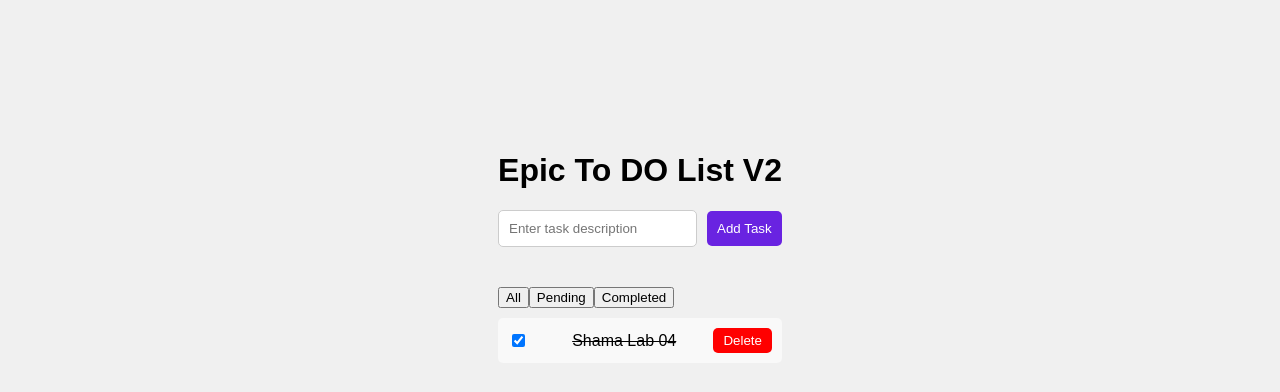
Repository: jgache/COMP-3170-0-Lab4
Page: /
The author's editor kept a copy of each file at every save. The page is drawn from the files as they stood at one save, then again after a run of saves.
The browser window is 1280 px wide. The pictures show the whole page.
The project was rebuilt for these pictures with package versions that can differ from the ones it lists, and the page was loaded fresh each time. Also part of the build but not shown: vite.config.js.

Above is the page before, as saved 2024-10-29 22:26:52.

### index.html
<!doctype html>
<html lang="en">
  <head>
    <meta charset="UTF-8" />
    <link rel="icon" type="image/svg+xml" href="/vite.svg" />
    <meta name="viewport" content="width=device-width, initial-scale=1.0" />
    <title>Epic To-Do List</title>
  </head>
  <body>
    <div id="root"></div>
    <script type="module" src="/src/main.jsx"></script>
  </body>
</html>

### src/App.jsx
import { useState } from "react";
import TaskForm from "./components/TaskForm";
import TaskList from "./components/TaskList";
import "./index.css";
function App() {
  const [tasks, setTasks] = useState([
    { id: 1, description: "Shama Lab 04", completed: true },
  ]);

  const [filter, setFilter] = useState('All'); // New filter state for task view


  const addTask = (task) => {
      setTasks([...tasks, task]);
  };

  const toggleComplete = (taskId) => {
      setTasks(tasks.map(task =>
          task.id === taskId ? { ...task, completed: !task.completed } : task
      ));
  };

  const deleteTask = (taskId) => {
      setTasks(tasks.filter(task => task.id !== taskId));
  };

  // Filter tasks based on the selected filter type
  const getFilteredTasks = () => {
      if (filter === 'Completed') return tasks.filter(task => task.completed);
      if (filter === 'Pending') return tasks.filter(task => !task.completed);
      return tasks; // All tasks
  };

  return (
      <div className="app">
          <h1>Epic To DO List V2</h1>
          <TaskForm addTask={addTask} />

          {/* Filter Buttons */}
          <div>
              <button onClick={() => setFilter('All')}>All</button>
              <button onClick={() => setFilter('Pending')}>Pending</button>
              <button onClick={() => setFilter('Completed')}>Completed</button>
          </div>

          {/* Pass filtered tasks to TaskList */}
          <TaskList
              tasks={getFilteredTasks()}
              toggleComplete={toggleComplete}
              deleteTask={deleteTask}
          />
      </div>
  );
}

export default App;

### src/index.css
body {
    margin: 0;
    height: 70vh;
    display: flex;
    justify-content: center;
    align-items: center;
    font-family: Arial, sans-serif;
    background-color: #f0f0f0;
}

.llama-image{
    width: 30%;
    margin-top: -3%;
    margin-bottom: 30px;
}

.app-container {
    text-align: center;
    padding: 20px;
    background-color: white;
    border-radius: 10px;
    max-width: 800px;
    width: 100%;
}

form input {
    padding: 10px;
    margin-right: 10px;
    border: 1px solid #ccc;
    border-radius: 5px;
    margin-bottom: 40px;
}

form button {
    padding: 10px;
    border: none;
    background-color: #6923e1;
    color: white;
    border-radius: 5px;
    cursor: pointer;
}

form button:hover {
    background-color: #8600b3;
}

.task {
    margin: 10px 0;
    padding: 10px;
    background-color: #f9f9f9;
    border-radius: 5px;
    display: flex;
    justify-content: space-between;
    align-items: center;
}

.task input {
    margin-right: 10px;
}

.task button {
    text-decoration: none;
    padding: 5px 10px;
    border: none;
    background-color: red;
    color: white;
    border-radius: 5px;
    cursor: pointer;
}

.task button:hover {
    background-color: darkred;
}

### src/components/TaskForm.jsx
import React, { useState } from 'react';

function TaskForm({ addTask }) {
    const [description, setDescription] = useState("");

    const handleSubmit = (e) => {
        e.preventDefault();
        if (description.trim()) {
            addTask({
                id: Date.now(), // unique ID for each task
                description,
                completed: false // default to incomplete
            });
            setDescription(""); // reset input
        }
    };

    return (
        <form onSubmit={handleSubmit}>
            <input
                type="text"
                value={description}
                onChange={(e) => setDescription(e.target.value)}
                placeholder="Enter task description"
            />
            <button type="submit">Add Task</button>
        </form>
    );
}

export default TaskForm;

### src/components/TaskList.jsx
import React from 'react';
import Task from './Task';

function TaskList({ tasks, toggleComplete, deleteTask }) {
    return (
        <div className="task-list">
            {tasks.length > 0 ? (
                tasks.map(task => (
                    <Task
                        key={task.id}
                        task={task}
                        toggleComplete={toggleComplete}
                        deleteTask={deleteTask}
                    />
                ))
            ) : (
                <p>No tasks available</p>
            )}
        </div>
    );
}

export default TaskList;

### src/components/Task.jsx
function Task({ task, toggleComplete, deleteTask }) {
    return (
        <div className="task">
            <input
                type="checkbox"
                checked={task.completed}
                onChange={() => toggleComplete(task.id)}
            />
            <span style={{ textDecoration: task.completed ? 'line-through' : 'none' }}>
                {task.description}
            </span>
            <button onClick={() => deleteTask(task.id)}>Delete</button>
        </div>
    );
}

export default Task;

Loaded but not shown: src/main.jsx (common file)

After the next 4 saves:
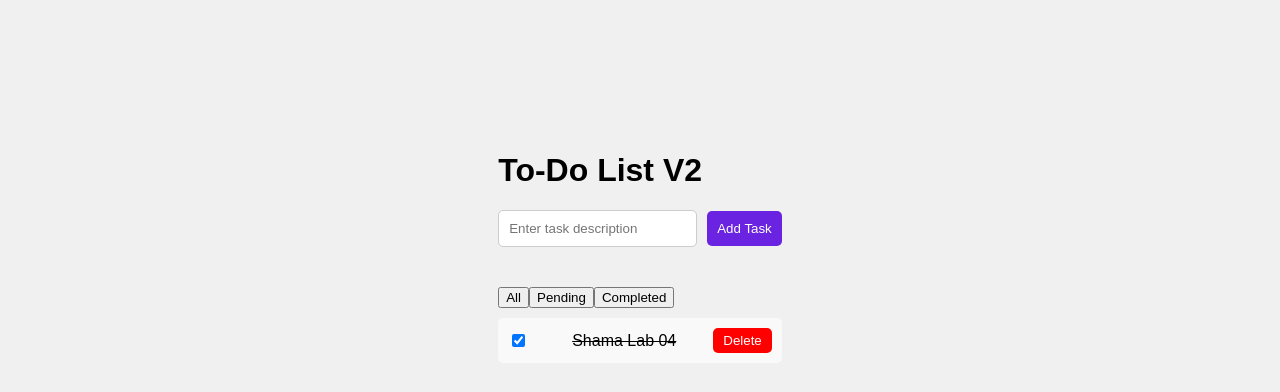
The 4 saves are shown as one change because they came seconds apart.
The last was saved 18 s later.
--- a/src/App.jsx
+++ b/src/App.jsx
@@ -33,7 +33,7 @@ function App() {
 
   return (
       <div className="app">
-          <h1>Epic To DO List V2</h1>
+          <h1>To-Do List V2</h1>
           <TaskForm addTask={addTask} />
 
           {/* Filter Buttons */}
